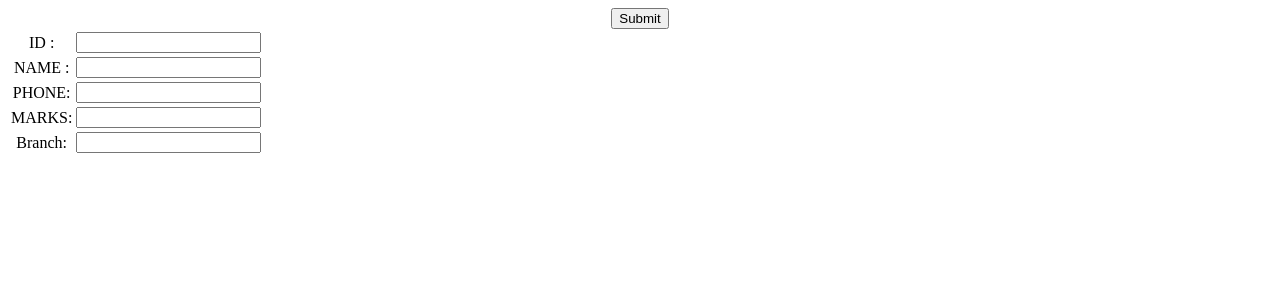
Repository: MayuriShinde124/Mayuri_20136571
Page: Question2StudentRegistrationPage/src/main/webapp/Registration.html
An editor plug-in stored every save of this project. The page is shown before and after the next save, followed by the edit.
The browser window is 1280 px wide. The pictures show the whole page.

Above is the page before, as saved 2023-07-11 05:34:38.

After the next save:
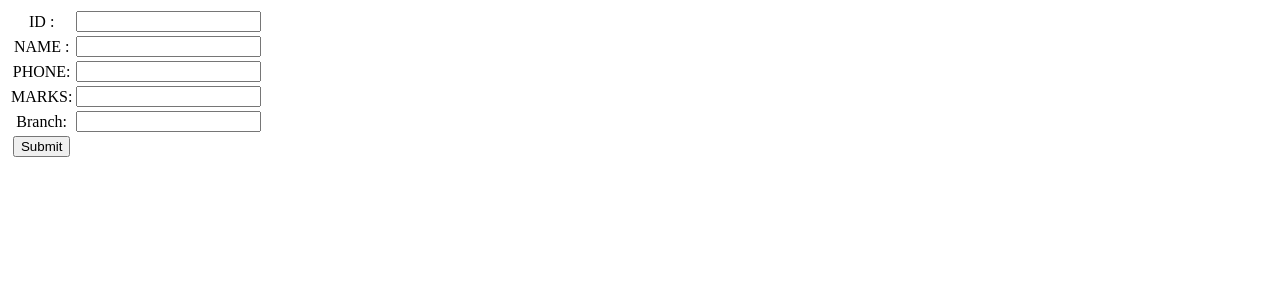
Saved 48 s later.
--- a/Question2StudentRegistrationPage/src/main/webapp/Registration.html
+++ b/Question2StudentRegistrationPage/src/main/webapp/Registration.html
@@ -23,8 +23,9 @@ MARKS:
 </td><td><input type="text" name="smarks"></td></tr>
 <tr><td>
 Branch:</td><td><input type="text" name="sbranch"></td></tr>
-<tr>
+<tr><td>
 <input type="submit" name="click">
+</td>
 </tr>
 </table>
 </form>
